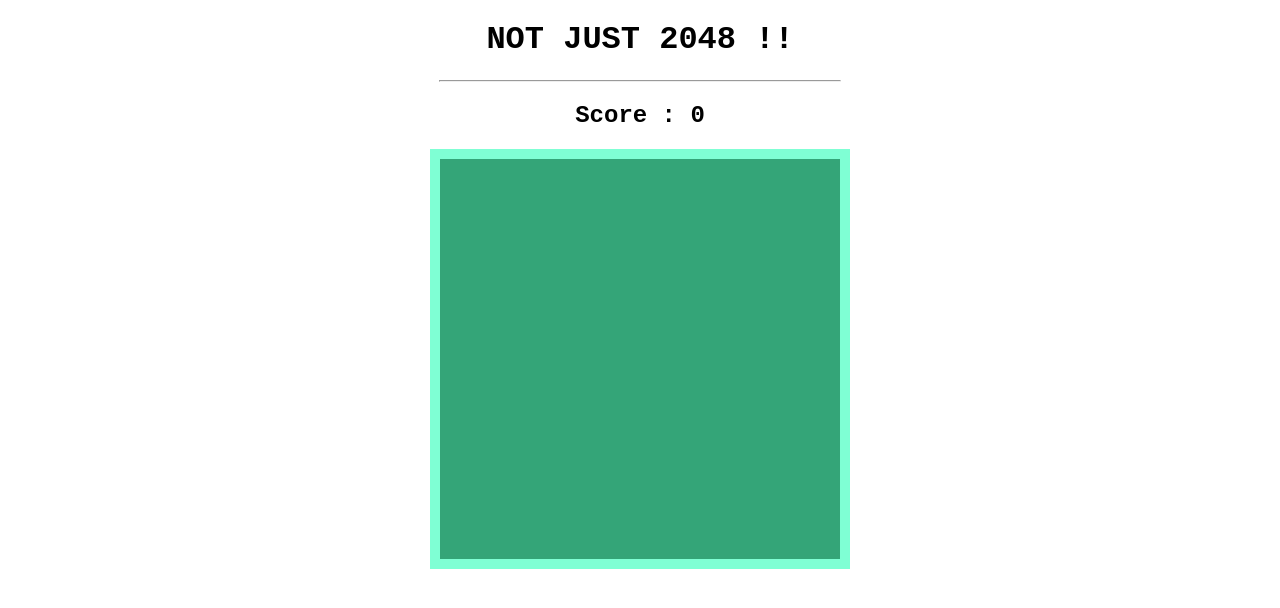
Repository: Prathamyadav1123/2048Game
Page: NotJust2048-main/2048.html
These files come from the project's save history. The page is drawn as it stood at one moment and after the next save; the edit follows.
The browser window is 1280 px wide. The pictures show the whole page.

Above is the page before, as saved 2023-06-01 03:17:25.
Console error: TypeError: Cannot read properties of undefined (reading 'add')

After the next save:
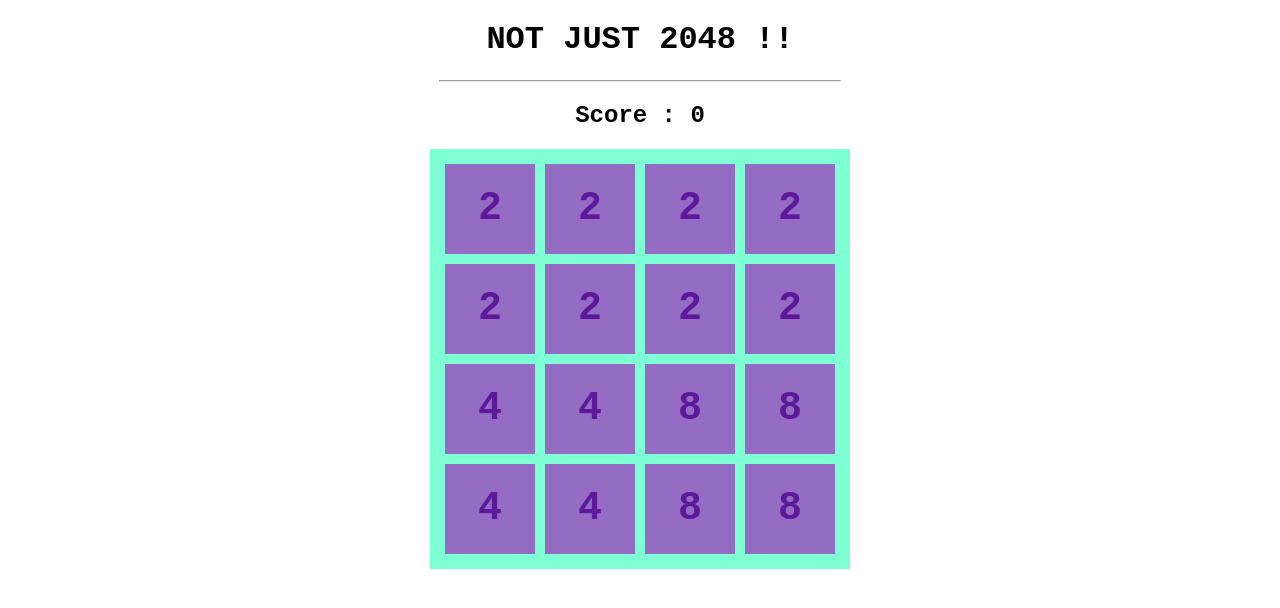
The error is gone.
Saved 11 s later.
--- a/NotJust2048-main/2048.js
+++ b/NotJust2048-main/2048.js
@@ -25,7 +25,7 @@ function setGame(){
 function updateTile(tile, num){
     tile.innerText="";
     tile.classList.value="";
-    tile.classlist.add("tile");
+    tile.classList.add("tile");
     if(num> 0){
         tile.innerText = num;
         if(num <= 2048){
